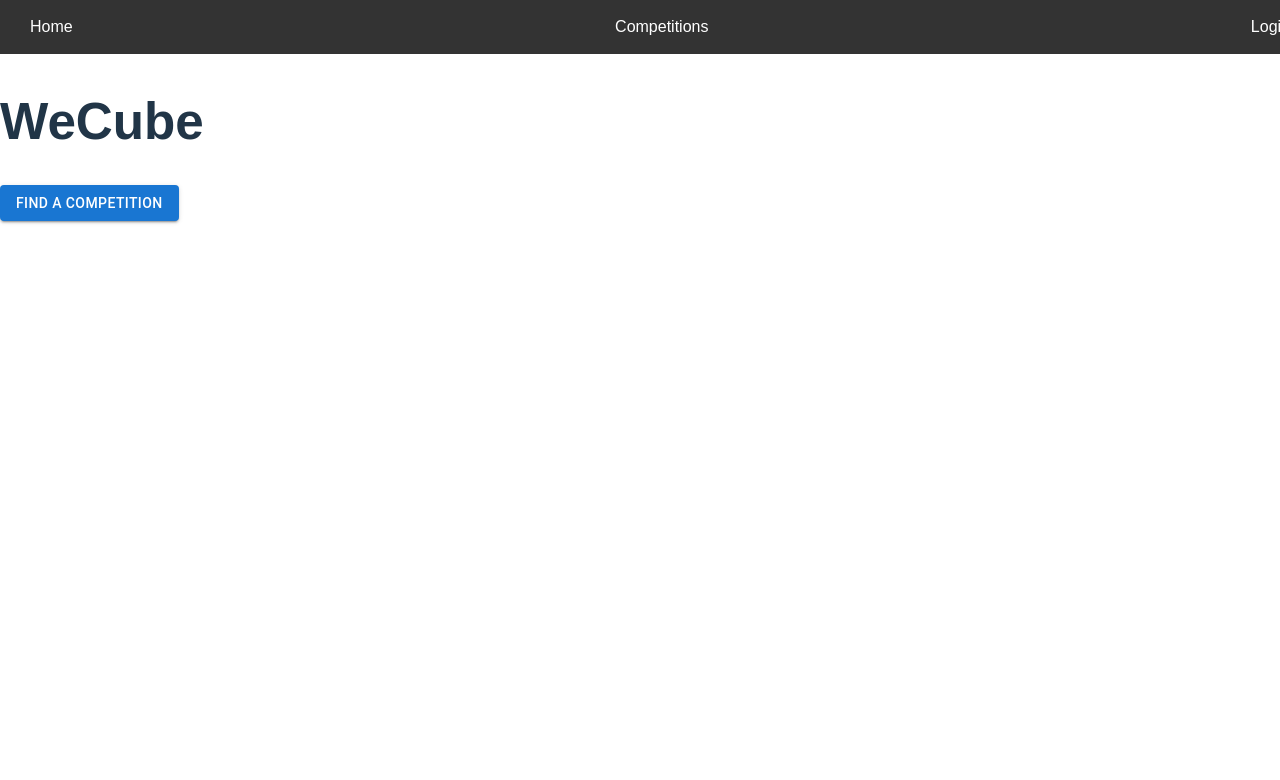
Repository: BWei22/wecube
Page: /
These files come from the project's save history. The page is drawn as it stood at one moment and after the next save; the edit follows.
The browser window is 1280 px wide. The pictures show the whole page.
The project was rebuilt for these pictures with package versions that can differ from the ones it lists, and the page was loaded fresh each time. Also part of the build but not shown: vite.config.js, src/pages/Competitions.css, src/pages/Competitions.jsx, src/pages/Listings.css, src/pages/Listings.jsx, src/pages/CreateListing.jsx, src/pages/ListingDetails.css, src/pages/ListingDetails.jsx and 10 more.

Above is the page before, as saved 2024-07-28 21:51:33.

### index.html
<!doctype html>
<html lang="en">
  <head>
    <meta charset="UTF-8" />
    <link rel="icon" type="image/svg+xml" href="/vite.svg" />
    <meta name="viewport" content="width=device-width, initial-scale=1.0" />
    <title>WeCube</title>
  </head>
  <body>
    <div id="root"></div>
    <script type="module" src="/src/main.jsx"></script>
  </body>
</html>

### src/App.jsx
import React from 'react';
import { BrowserRouter as Router, Routes, Route } from 'react-router-dom';
import Home from './pages/Home';
import Competitions from './pages/Competitions';
import Listings from './pages/Listings';
import CreateListing from './pages/CreateListing';
import ListingDetails from './pages/ListingDetails';
import InterestedBuyers from './pages/InterestedBuyers';
import Notifications from './pages/Notifications';
import AuthComponent from './components/AuthComponent';
import PrivateRoute from './components/PrivateRoute';
import NavBar from './components/NavBar';
import { ProvideAuth } from './hooks/useAuth';
import Message from './pages/Message';
import Conversations from './pages/Conversations';
import Profile from './pages/Profile';
import './App.css'; // Import the global CSS

const App = () => {
  return (
    <ProvideAuth>
      <Router>
        <NavBar />
        <div className="main-container">
          <Routes>
            <Route path="/" element={<Home />} />
            <Route path="/competitions" element={<Competitions />} />
            <Route path="/listings/:competitionId" element={<Listings />} />
            <Route path="/create-listing/:competitionId" element={<PrivateRoute><CreateListing /></PrivateRoute>} />
            <Route path="/listing/:listingId" element={<ListingDetails />} />
            <Route path="/interested-buyers/:listingId" element={<PrivateRoute><InterestedBuyers /></PrivateRoute>} />
            <Route path="/notifications" element={<PrivateRoute><Notifications /></PrivateRoute>} />
            <Route path="/auth" element={<AuthComponent />} /> {/* Ensure this route is defined */}
            <Route path="/messages/:listingId" element={<PrivateRoute><Message /></PrivateRoute>} />
            <Route path="/conversations" element={<PrivateRoute><Conversations /></PrivateRoute>} />
            <Route path="/profile" element={<PrivateRoute><Profile /></PrivateRoute>} />
          </Routes>
        </div>
      </Router>
    </ProvideAuth>
  );
};

export default App;

### src/pages/Home.jsx
// src/pages/Home.jsx
import React from "react";
import { useNavigate } from "react-router-dom";
import Button from '@mui/material/Button';

const Home = () => {
  const navigate = useNavigate();

  const handleFindCompetition = () => {
    navigate("/competitions");
  };

  return (
    <div className="home">
      <h1>WeCube</h1>
      <Button variant="contained" color="primary" onClick={handleFindCompetition}>
        Find a Competition
      </Button>
    </div>
  );
};

export default Home;

### src/components/NavBar.jsx
import React from 'react';
import { Link, useNavigate } from 'react-router-dom';
import { useAuth } from '../hooks/useAuth';
import Button from '@mui/material/Button';
import './NavBar.css';

const NavBar = () => {
  const auth = useAuth();
  const navigate = useNavigate();

  const handleLogout = () => {
    auth.signout(() => navigate('/'));
  };

  return (
    <div className="navbar">
      <Link to="/">Home</Link>
      <Link to="/competitions">Competitions</Link>
      {auth.user ? (
        <>
          <Link to="/conversations">Conversations</Link>
          <Link to="/profile">Profile</Link>
          <Button onClick={handleLogout}>Logout</Button>
        </>
      ) : (
        <Link to="/auth">Login</Link>
      )}
    </div>
  );
};

export default NavBar;

### src/hooks/useAuth.jsx
import React, { useContext, createContext, useState, useEffect } from "react";
import { onAuthStateChanged, signOut, signInWithPopup, GoogleAuthProvider } from "firebase/auth";
import { auth } from "../firebaseConfig";

// Create a context for authentication
const authContext = createContext();

// Provider component that wraps your app and makes auth object available to any child component that calls useAuth()
export function ProvideAuth({ children }) {
  const auth = useProvideAuth();
  return <authContext.Provider value={auth}>{children}</authContext.Provider>;
}

// Hook for child components to get the auth object and re-render when it changes
export const useAuth = () => {
  return useContext(authContext);
};

// Provider hook that creates auth object and handles state
function useProvideAuth() {
  const [user, setUser] = useState(null);

  const signin = () => {
    const provider = new GoogleAuthProvider();
    return signInWithPopup(auth, provider)
      .then((result) => {
        setUser(result.user);
        return result.user;
      });
  };

  const signout = () => {
    return signOut(auth)
      .then(() => {
        setUser(null);
      });
  };

  useEffect(() => {
    const unsubscribe = onAuthStateChanged(auth, (user) => {
      if (user) {
        setUser(user);
      } else {
        setUser(null);
      }
    });

    // Cleanup subscription on unmount
    return () => unsubscribe();
  }, []);

  return {
    user,
    signin,
    signout
  };
}

### src/App.css
/* src/App.css */

body, html {
  margin: 0;
  padding: 0;
  height: 100%;
  width: 100%;
  font-family: Arial, sans-serif;
}

#root {
  height: 100%;
}

.main-container {
  display: flex;
  flex-direction: column;
  height: 100vh;
  padding-top: 60px; /* Adjust based on navbar height */
}

### src/firebaseConfig.js
// src/firebaseConfig.js
import { initializeApp } from "firebase/app";
import { getFirestore } from "firebase/firestore";
import { getAuth, onAuthStateChanged, GoogleAuthProvider, signInWithPopup } from "firebase/auth";

const firebaseConfig = {
  apiKey: "AIzaSyDYb4aSYo2bUTjyhVYMKNBykxSJtt_21Po",
  authDomain: "wecube-e0d78.firebaseapp.com",
  projectId: "wecube-e0d78",
  storageBucket: "wecube-e0d78.appspot.com",
  messagingSenderId: "412392652109",
  appId: "1:412392652109:web:bc3ad839badcf48e85cb04",
  measurementId: "G-3J43PF4YX8"
};

const app = initializeApp(firebaseConfig);
const db = getFirestore(app);
const auth = getAuth(app);
const provider = new GoogleAuthProvider();

onAuthStateChanged(auth, (user) => {
  if (user) {
    console.log("User is signed in", user);
  } else {
    console.log("No user is signed in");
  }
});

export { db, auth, provider };

### src/components/NavBar.css
/* src/components/NavBar.css */

.navbar {
  display: flex;
  justify-content: space-between;
  align-items: center;
  padding: 15px 20px;
  background-color: #333;
  color: #fff;
  position: fixed;
  width: 100%;
  top: 0;
  z-index: 1000;
}

.navbar a {
  color: #fff;
  text-decoration: none;
  margin: 0 10px;
}

.navbar a:hover {
  text-decoration: underline;
}

.navbar .navbar-right {
  display: flex;
  align-items: center;
}

Loaded but not shown: src/main.jsx (common file); src/index.css (common file)

After the next save:
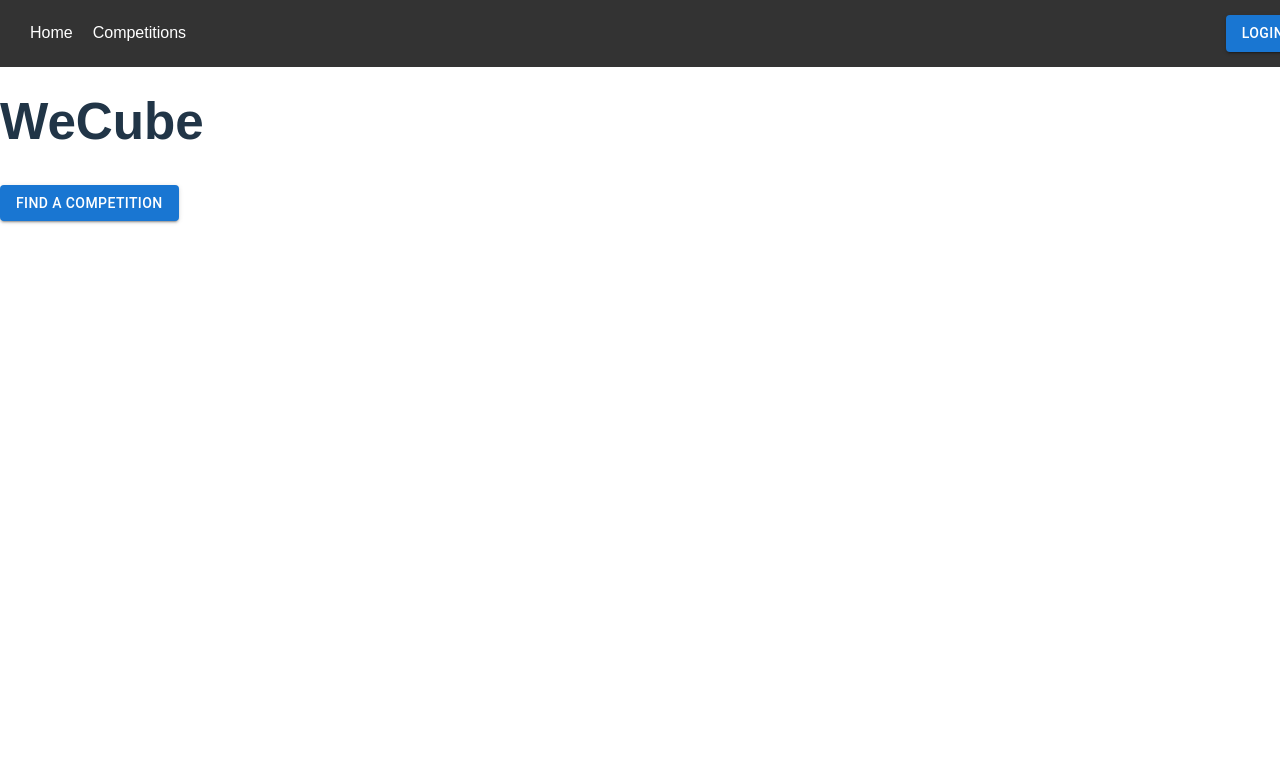
Saved 7 s later.
--- a/src/components/NavBar.jsx
+++ b/src/components/NavBar.jsx
@@ -14,17 +14,21 @@ const NavBar = () => {
 
   return (
     <div className="navbar">
-      <Link to="/">Home</Link>
-      <Link to="/competitions">Competitions</Link>
-      {auth.user ? (
-        <>
-          <Link to="/conversations">Conversations</Link>
-          <Link to="/profile">Profile</Link>
-          <Button onClick={handleLogout}>Logout</Button>
-        </>
-      ) : (
-        <Link to="/auth">Login</Link>
-      )}
+      <div className="navbar-left">
+        <Link to="/">Home</Link>
+        <Link to="/competitions">Competitions</Link>
+      </div>
+      <div className="navbar-right">
+        {auth.user ? (
+          <>
+            <Link to="/conversations">Conversations</Link>
+            <Link to="/profile">Profile</Link>
+            <Button onClick={handleLogout} variant="contained" color="secondary">Logout</Button>
+          </>
+        ) : (
+          <Button onClick={() => navigate('/auth')} variant="contained" color="primary">Login</Button>
+        )}
+      </div>
     </div>
   );
 };
